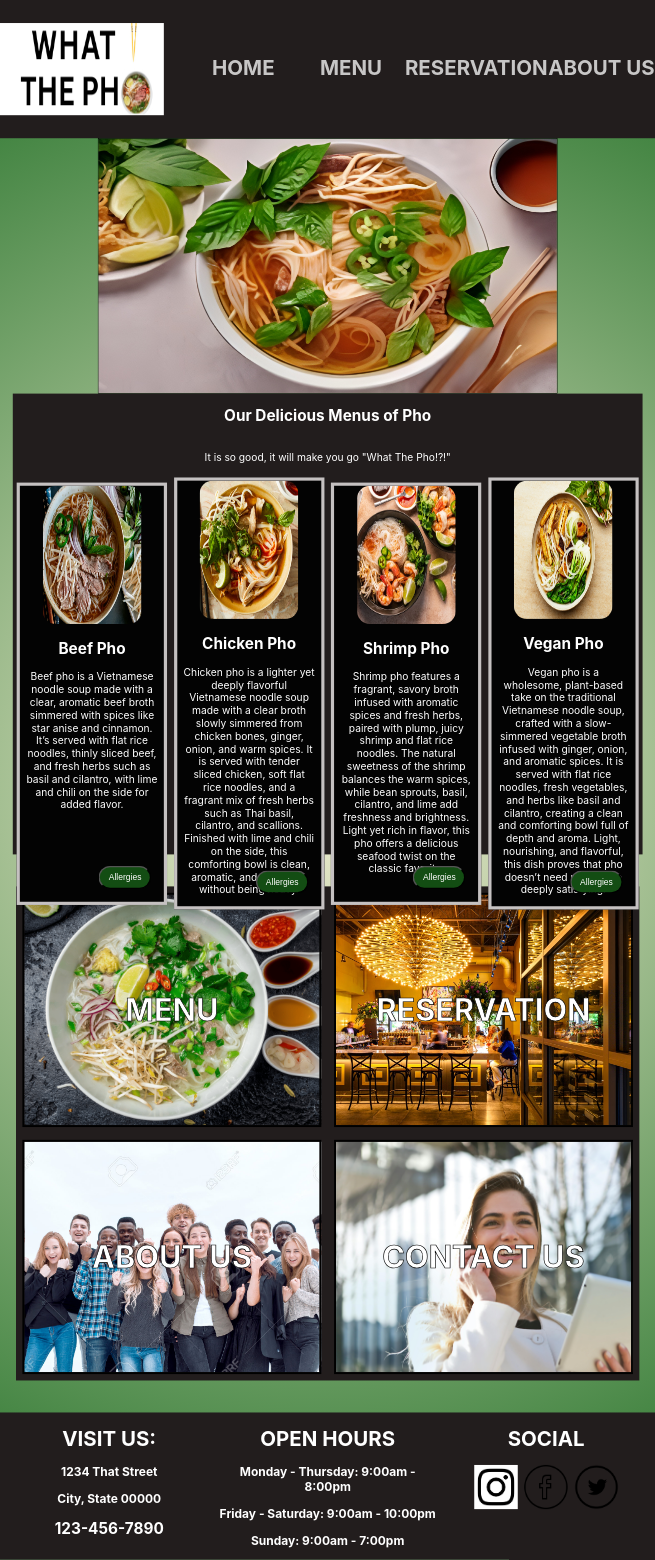
Repository: NguyenkhDang/Restaurant-Website
Page: /
An editor plug-in stored every save of this project. The page is shown before and after the next save, followed by the edit.
The browser window is 1024 px wide. The pictures show the whole page, at 64% of full size.
The project was rebuilt for these pictures with package versions that can differ from the ones it lists, and the page was loaded fresh each time. Also part of the build but not shown: src/Pages/MenuPage.js, src/CSS/ReservationForm.css, src/ReservationForm.js, src/Pages/ReservationPage.js, src/CSS/AboutUs.css, src/Pages/AboutUsPage.js, src/CSS/ContactUs.css, src/Pages/ContactUsPage.js.

Above is the page before, as saved 2026-01-18 23:17:45.

### src/index.js
import React from 'react';
import ReactDOM from 'react-dom/client';
import './index.css';
import App from './App';
import reportWebVitals from './reportWebVitals';
import { BrowserRouter } from "react-router-dom";


const root = ReactDOM.createRoot(document.getElementById("root"));
root.render(
  <BrowserRouter>
    <App />
  </BrowserRouter>
);

// If you want to start measuring performance in your app, pass a function
// to log results (for example: reportWebVitals(console.log))
// or send to an analytics endpoint. Learn more: https://bit.ly/CRA-vitals
reportWebVitals();

### src/App.js

import './App.css';

import NavigationBar from './NavigationBar';
import Footer from "./Footer"
import {Routes, Route} from "react-router-dom"



import HomePage from "./Pages/HomePage"
import MenuPage from "./Pages/MenuPage"
import ReservationPage from "./Pages/ReservationPage"
import AboutUsPage from "./Pages/AboutUsPage"
import ContactUsPage from "./Pages/ContactUsPage"

function App() {


  return (
    <div className="home">
      <NavigationBar />

      <Routes>
        <Route path="/" element={<HomePage />} />
        <Route path="/menu" element={<MenuPage />} />
        <Route path="/reservation" element={<ReservationPage />} />
        <Route path="/aboutUs" element={<AboutUsPage />} />
        <Route path="contactUs" element={<ContactUsPage />} />
      </Routes>

      <Footer />
  </div>
);
}

export default App;

### src/App.css
html{
  -ms-overflow-style: none;
  scrollbar-width: none;
}

.home {
  display: grid;
  margin: 0;
  padding: 0;

  background: radial-gradient(
    circle,
    rgba(245, 240, 213, 1) 0%,
    rgba(38, 115, 42, 1) 100%
  );
  place-items: center;
  text-align: center;
  color: white;
}


html::-webkit-scrollbar {
  display: none;
}

### src/NavigationBar.js
import "./CSS/NavigationBar.css"
import Logo from "./image/CustomLogo2.png"
import { Link } from "react-router-dom"
const NavigationBar = () =>{



  return (
    <div className="navbar">
      <div className="logoImage">
        <img src= {Logo} />
      </div>
      <div className="wholeNavBar">
        <ul>
          <li>
            <Link className="nav-link nav-link-fade-up" to="/">HOME</Link>
          </li>
          <li>
            <Link className="nav-link nav-link-fade-up" to="/menu">MENU</Link>
          </li>
          <li>
            <Link className="nav-link nav-link-fade-up" to="/reservation">RESERVATION</Link>
          </li>
          <li>
            <Link className="nav-link nav-link-fade-up" to="/aboutUs">ABOUT US</Link>
          </li>
        </ul>

      </div>
    </div>
  )


}

export default NavigationBar

### src/Footer.js
import "./CSS/Footer.css"
import InstagramIcon from "./image/instagramIcon.png"
import FacebookIcon from "./image/facebookIcon.png"
import TwitterIcon from "./image/twitterIcon.png"
const Footer = () =>{

  return(
    <div className="footer">
      <div>
        <h1>VISIT US:</h1>
        <h3>1234 That Street</h3>
        <h3>City, State 00000</h3>

        <h2>123-456-7890</h2>
      </div>
      <div>
        <h1>OPEN HOURS</h1>
        <h3>Monday - Thursday: 9:00am - 8:00pm</h3>
        <h3>Friday - Saturday: 9:00am - 10:00pm</h3>
        <h3>Sunday: 9:00am - 7:00pm</h3>
      </div>
      <div>
        <h1>SOCIAL</h1>
        <a href="https://www.instagram.com/" target="_blank"><img src={InstagramIcon}/></a>
        <a href="https://www.facebook.com/" target="_blank"><img src={FacebookIcon}/></a>
        <a href="https://x.com/" target="_blank"><img src={TwitterIcon}/></a>
      </div>

    </div>
  )

}

export default Footer

### src/Pages/HomePage.js
import BackgroundImage from "../image/pho.jpg"
import BeefPho from "../image/beefPho.png"
import ChickenPho from "../image/chickenPho.jpg"
import ShrimpPho from "../image/shrimpPho.png"
import VeganPho from "../image/veganPho.jpg"

import ReadMore from "../Readmore"
import SectionContainer from "../SectionContainer"
import '../CSS/Home.css';

const HomePage = () =>{
  return(
    <>
      <img
        src={BackgroundImage}
        style={{maxWidth: "70vw", height: "auto", border: "1px solid black"}}
        alt="Pho Photo"
        />


      <div className="menu">
        <h2>Our Delicious Menus of Pho</h2>
        <p>It is so good, it will make you go "What The Pho!?!"</p>
        <div className="foodContainer">
          <div>
            <ReadMore
            image={BeefPho}
            title="Beef Pho"
            description="Beef pho is a Vietnamese noodle soup made with a clear, aromatic beef broth simmered with spices like star anise and cinnamon. It’s served with flat rice noodles, thinly sliced beef, and fresh herbs such as basil and cilantro, with lime and chili on the side for added flavor."
            allergies={[
              "Soy: hoisin sauce, soy sauce",
              "Fish: fish sauce",
              "Gluten: possible in sauces",
              "Shellfish: may be present",
              "Spices: star anise, cinnamon, cloves"
            ]}
          />

          </div>
          <div>
            <ReadMore
            image={ChickenPho}
            title="Chicken Pho"
            description="Chicken pho is a lighter yet deeply flavorful Vietnamese noodle soup made with a clear broth slowly simmered from chicken bones, ginger, onion, and warm spices. It is served with tender sliced chicken, soft flat rice noodles, and a fragrant mix of fresh herbs such as Thai basil, cilantro, and scallions. Finished with lime and chili on the side, this comforting bowl is clean, aromatic, and satisfying without being heavy."
            allergies={[
              "Soy: sauces",
              "Fish: fish sauce",
              "Spices: ginger, coriander"
            ]}
          />
          </div>
          <div>
            <ReadMore
            image={ShrimpPho}
            title="Shrimp Pho"
            description="Shrimp pho features a fragrant, savory broth infused with aromatic spices and fresh herbs, paired with plump, juicy shrimp and flat rice noodles. The natural sweetness of the shrimp balances the warm spices, while bean sprouts, basil, cilantro, and lime add freshness and brightness. Light yet rich in flavor, this pho offers a delicious seafood twist on the classic favorite."
            allergies={[
              "Shellfish: shrimp",
              "Fish: fish sauce",
              "Soy: sauces"
            ]}
          />
          </div>
          <div>
            <ReadMore
            image={VeganPho}
            title="Vegan Pho"
            description="Vegan pho is a wholesome, plant-based take on the traditional Vietnamese noodle soup, crafted with a slow-simmered vegetable broth infused with ginger, onion, and aromatic spices. It is served with flat rice noodles, fresh vegetables, and herbs like basil and cilantro, creating a clean and comforting bowl full of depth and aroma. Light, nourishing, and flavorful, this dish proves that pho doesn’t need meat to be deeply satisfying."
            allergies={[
              "Soy: tofu, sauces",
              "Gluten: possible in sauces"
            ]}
          />
          </div>
        </div>
      </div>
      <SectionContainer />
    </>
  )
}
export default HomePage

### src/CSS/NavigationBar.css
.navbar{
  background-color: rgb(34, 29, 29);
  display: grid;
  grid-template-columns: 25% 75%;
  width: 100vw;
  height: 25vh;
  padding-top: 5vh;
}
.wholeNavBar{
  height: 10vh;
}

.logoImage img{
  height: 20vh;
  width: 25vw;
  object-fit: fill;
  object-position: center;
}

ul{
  align-items: center;
  list-style-type: none;
  display: grid;
  place-items: center;
  grid-template-columns: 1fr 1fr 1fr 1fr;
  margin-top: 7vh;
}
ul li a{
  padding: none;
  font-size: 2em;
  text-align: center;
}
ul li{
  padding: none;
}
.nav-link {
  font-weight: bold;
  font-size: 2em;
  text-decoration: none;
  color: #ffffff;
  display: inline-block;
  position: relative;
  opacity: 0.75;
  padding-bottom: 1px;
}

.nav-link:hover {
  opacity: 1;
}

.nav-link::before {
  transition: 300ms;
  height: 5px;
  content: "";
  position: absolute;
  background-color: #c1c7cf;
}
.nav-link-fade-up::before {
  width: 100%;
  bottom: 5px;
  opacity: 0;
}

.nav-link-fade-up:hover::before {
  bottom: 0px;
  opacity: 1;
}

@media only screen and (max-width: 1025px){
  .logoImage{
    width: 10vw;
    height: 10vh;
  }
}

### src/CSS/Footer.css
.footer{
  background-color: rgb(34, 29, 29);
  display: grid;
  grid-template-columns: repeat(3, 1fr);
  width: 100vw;
}

.footer img{
  width: 20%;
}

.footer a{
  margin: 0 0.5vw;
}

### src/Readmore.js
import { useState } from "react";
import "./CSS/Readmore.css"
function ReadMore({ image, title, description, allergies }) {
  const [showMore, setShowMore] = useState(false);

  return (
    <div className={`descriptionContainer ${showMore ? "isExpand ": ""}`}>
      <img src={image} style={{ width: "15vw", height: "30vh" }} alt={title} />

      <h2>{title}</h2>

      <p>
        {description}

        {showMore && (
          <ul className="list">
            {allergies.map((item, index) => (
              <li key={index}>{item}</li>
            ))}
          </ul>
        )}
      </p>

      <button className="btnShowMore" onClick={() => setShowMore(!showMore)}>
        {showMore ? "Close" : "Allergies"}
      </button>
    </div>
  );
}
export default ReadMore;

### src/SectionContainer.js
import "./CSS/SectionContainer.css"

import MenuImage from "./image/menuImage.jpg"
import ReservationImage from "./image/reservationImage.jpg"
import AboutUsImage from "./image/aboutusImage.jpg"
import ContactusImage from "./image/contactusImage.jpg"

import { Link } from "react-router-dom"
const SectionContainer = ()=>{

  return(
    <div className="containerMain">

      <Link to="/menu">
        <div style={{ backgroundImage: `url(${MenuImage})`}}>
          <h1>MENU</h1>
        </div>
      </Link>


      <Link to="/reservation">
        <div style={{ backgroundImage: `url(${ReservationImage})`}}>
          <h1>RESERVATION</h1>
        </div>
      </Link>

      <Link to="/aboutUs">
        <div style={{ backgroundImage: `url(${AboutUsImage})`}}>
          <h1>ABOUT US</h1>
        </div>
      </Link>

      <Link to="/contactUs">
        <div style={{ backgroundImage: `url(${ContactusImage})`}}>
          <h1>CONTACT US</h1>
        </div>
      </Link>
    </div>
  )
}

export default SectionContainer;

### src/CSS/Home.css
.menu {
  display: grid;
  grid-template-rows: repeat(3, 1fr);
  place-items: center;
  gap: 5px;

  width: 96vw;
  height: 100vh;
  margin: 0 2vw;

  background-color: rgb(34, 29, 29);
}

.foodContainer {
  display: grid;
  grid-template-columns: repeat(4, 1fr);
  place-items: center;
  height: auto;
  gap: 1vw;
  padding: 0;
}


#label{
  font-weight: bolder;
  font-size: 1.25em;
}

### src/CSS/Readmore.css
.descriptionContainer{
  display: block;
  width: 20vw;
  height: auto;
  min-height: 650px;
  padding-top: 2.5vh;
  position: relative;
  overflow: hidden;
  transition: all 0.5s ease-in-out;
  background-color: rgb(3, 3, 3);
  border: 5px solid rgb(197, 193, 193);
  padding: 0 1vw;
  margin-bottom: 50px ;
}
.descriptionContainer.isExpand{
  min-height: 720px;
}
.descriptionContainer img{
  width: 20%;
  height: 20%;
  border-radius: 20px;
}
.list{
  display: grid;
  grid-template-columns: repeat(1, 1fr);
}
.list li{
  height: auto;
  width: 70%;
}

.btnShowMore{
  background-color: rgb(19, 77, 19);
  position: absolute;
  bottom: 20px;
  right: 20px;
  height: 5vh;
  width: 8vw;
  border-radius: 50px ;
  color: white
}

### src/CSS/SectionContainer.css
.containerMain{
  display: grid;
  background-color: rgb(34, 29, 29);
  grid-template-columns: repeat(2, 1fr);
  grid-template-rows: repeat(2, 1fr);
  margin-top: 50px;
  margin-bottom: 50px;
}

.containerMain div{
  display: flex;
  justify-content: center;
  align-items: center;
  text-align: center;
  width: 45vw;
  height: 50vh;
  margin: 10px;

  background-size: cover;
  background-position: center;
  background-repeat: no-repeat;

  border: 3px solid black;
}
.containerMain a{
  font-weight: bold;
  text-decoration: none;
  font-size: 1.5em;
  color: white;
  -webkit-text-stroke: 1px black;

}
.containerMain a:hover h1{
  background-color: rgb(185, 185, 185);
  opacity: 0.6;
}
.containerMain a:hover{
  opacity: 0.5;
}

Loaded but not shown: public/index.html (common file); src/index.css (common file); src/reportWebVitals.js (common file)

After the next save:
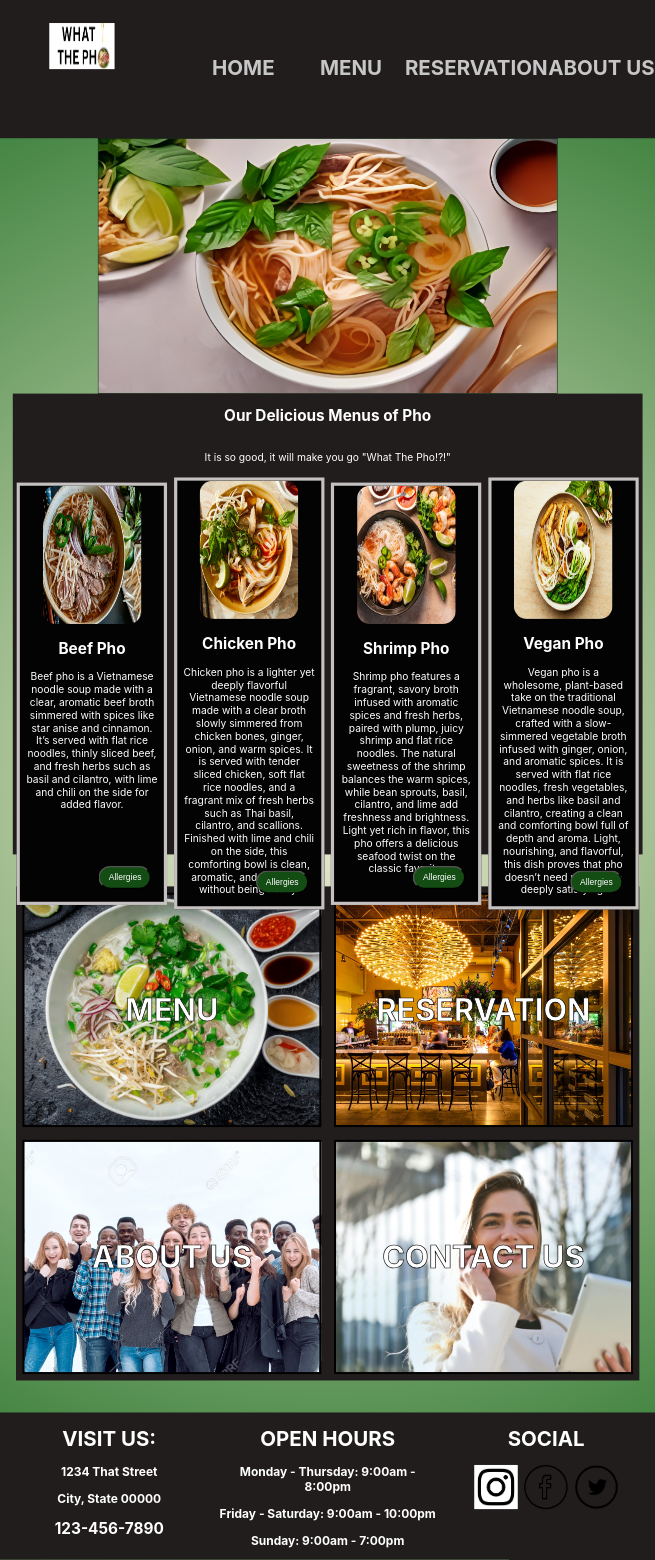
Saved 68 s later.
--- a/src/CSS/NavigationBar.css
+++ b/src/CSS/NavigationBar.css
@@ -67,7 +67,7 @@ ul li{
 }
 
 @media only screen and (max-width: 1025px){
-  .logoImage{
+  .logoImage img{
     width: 10vw;
     height: 10vh;
   }
